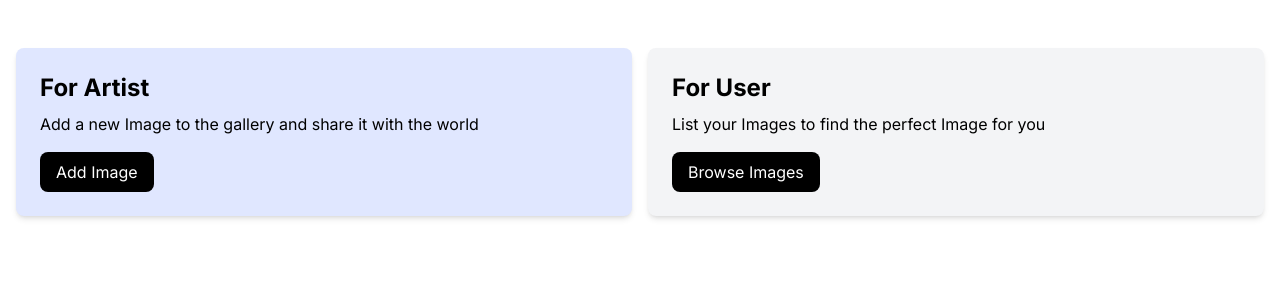
Repository: aobeid1979/MIRAI_V2
Page: / (app in mirai-vt/)
An editor plug-in stored every save of this project. The page is shown before and after the next save, followed by the edit.
The browser window is 1280 px wide. The pictures show the part of the page from y = 434 to 1172 px (the page is 720 px tall before and 1172 px after).
The project was rebuilt for these pictures with package versions that can differ from the ones it lists, and the page was loaded fresh each time. The framework's server and built-in components were replaced by stand-ins that run in the browser. Also part of the build but not shown: mirai-vt/next.config.mjs.

Above is the page before, as saved 2024-05-13 11:54:06.

### mirai-vt/src/app/page.jsx
import Navbar from '@/components/Navbar';
import Member from '@/components/Member';
import CardHome from '@/components/CardHome';

export default function Home() {
  return (
    <>
      <Navbar />
      <Member isNewMember={false} />
      <CardHome />
    </>
  );
}

### mirai-vt/src/app/globals.css
@tailwind base;
@tailwind components;
@tailwind utilities;

  /* Path: src/app/globals.css
:root {
  --foreground-rgb: 0, 0, 0;
  --background-start-rgb: 214, 219, 220;
  --background-end-rgb: 255, 255, 255;
}

@media (prefers-color-scheme: dark) {
  :root {
    --foreground-rgb: 255, 255, 255;
    --background-start-rgb: 0, 0, 0;
    --background-end-rgb: 0, 0, 0;
  }
}

body {
  color: rgb(var(--foreground-rgb));
  background: linear-gradient(
      to bottom,
      transparent,
      rgb(var(--background-end-rgb))
    )
    rgb(var(--background-start-rgb));
}

@layer utilities {
  .text-balance {
    text-wrap: balance;
  }
}
*/

### mirai-vt/src/components/Navbar.jsx
'use client';
import React, { useState } from 'react';
import Link from 'next/link';

const Navbar = () => {
  const [isOpen, setIsOpen] = useState(false);

  return (
    <nav className="bg-black border-b border-indigo-500">
      <div className="mx-auto max-w-7xl px-2 sm:px-6 lg:px-8">
        <div className="flex h-20 items-center justify-between">
          <div className="md:hidden">
            <button
              onClick={() => setIsOpen(!isOpen)}
              className="block text-white"
            >
              <svg
                className="h-6 w-6 fill-current"
                xmlns="http://www.w3.org/2000/svg"
                fill="none"
                viewBox="0 0 24 24"
                stroke="currentColor"
              >
                <path
                  strokeLinecap="round"
                  strokeLinejoin="round"
                  strokeWidth={2}
                  d={
                    isOpen ? 'M6 18L18 6M6 6l12 12' : 'M4 6h16M4 12h16M4 18h16'
                  }
                />
              </svg>
            </button>
          </div>
          <div className="hidden md:flex flex-1 items-center justify-center md:items-stretch md:justify-start">
            <Link href="/">
              <div className="flex-shrink-0 flex items-center cursor-pointer">
                <img
                  className="h-10 w-auto"
                  src="/images/miraiLogo.png"
                  alt="Mirai app logo"
                />
                <span className="text-white font-bold ml-2 text-xl md:text-2xl lg:text-2xl xl:text-2xl">
                  Mirai React app
                </span>
              </div>
            </Link>
            <div className="flex space-x-2 ml-4">
              <Link href="/">
                <div className="text-white hover:text-purple-500  rounded-md px-3 py-2 cursor-pointer">
                  Home
                </div>
              </Link>
              <Link href="/">
                <div className="text-white hover:text-purple-500  rounded-md px-3 py-2 cursor-pointer">
                  About
                </div>
              </Link>
              <Link href="/search">
                <div className="text-white hover:text-purple-500  rounded-md px-3 py-2 cursor-pointer">
                  Search
                </div>
              </Link>
            </div>
          </div>
        </div>
        {isOpen && (
          <div
            className="md:hidden lg:w-64 md:w-48 sm:w-36 w-24 absolute top-0 right-0 h-full

            bg-opacity-1"
          >
            <div className="flex flex-col">
              <Link href="/">
                <div className="text-white px-2 py-4 hover:text-purple-500 cursor-pointer">
                  Home
                </div>
              </Link>
              <Link href="/search">
                <div className="text-white px-2 py-4 hover:text-purple-500 cursor-pointer">
                  About
                </div>
              </Link>
              <Link href="/search">
                <div className="text-white px-2 py-4 hover:text-purple-500 cursor-pointer">
                  Search
                </div>
              </Link>
              <Link href="/login">
                <div className="text-white px-2 py-4 hover:text-purple-500 cursor-pointer">
                  Login
                </div>
              </Link>
              <Link href="/signup">
                <div className="text-white px-2 py-4 hover:text-purple-500 cursor-pointer">
                  Sign Up
                </div>
              </Link>
            </div>
          </div>
        )}
      </div>
    </nav>
  );
};

export default Navbar;

### mirai-vt/src/components/Member.jsx
import React from 'react';
import dji1Image from '../../public/images/dji1.jpg';

const Member = ({
  isNewMember,
  title = 'Welcome to MIRAI',
  subtitle = 'Log In or Sign in to enjoy',
}) => {
  return (
    <section
      className="bg-black border-b border-indigo-500 py-20 mb-4"
      style={{
        backgroundImage: `url(${dji1Image.src})`,
        backgroundPosition: 'center',
        backgroundRepeat: 'no-repeat',
        backgroundSize: 'cover',
      }}
    >
      <div className="max-w-7xl mx-auto px-4 sm:px-6 lg:px-8 flex flex-col items-center">
        <div className="text-center">
          <h1 className="text-4xl font-extrabold text-white sm:text-5xl md:text-6xl">
            {title}
          </h1>
          <p className="my-4 text-xl text-white">{subtitle}</p>
        </div>
      </div>
      <div className="flex justify-center mt-8">
        <button className=" hover:text-black text-white font-bold py-2 px-4 rounded">
          {isNewMember ? 'Join Now' : 'Log In'}
        </button>
      </div>
    </section>
  );
};

export default Member;

### mirai-vt/src/components/CardHome.jsx
import React from 'react';
import Card from './Card';

const ImageHome = () => {
  return (
    <section className="py-4">
      <div className="container-xl lg:container m-auto">
        <div className="grid grid-cols-1 md:grid-cols-2 gap-4 p-4 rounded-lg">
          <Card bg="bg-indigo-100">
            <h2 className="text-2xl font-bold">For Artist</h2>
            <p className="mt-2 mb-4">
              Add a new Image to the gallery and share it with the world
            </p>
            <a
              href="/jobs.html"
              className="inline-block bg-black text-white rounded-lg px-4 py-2 hover:bg-gray-700"
            >
              Add Image
            </a>
          </Card>
          <Card>
            <h2 className="text-2xl font-bold">For User</h2>
            <p className="mt-2 mb-4">
              List your Images to find the perfect Image for you
            </p>
            <a
              href="/add-job.html"
              className="inline-block bg-black text-white rounded-lg px-4 py-2 hover:bg-indigo-600"
            >
              Browse Images
            </a>
          </Card>
        </div>
      </div>
    </section>
  );
};

export default ImageHome;

### mirai-vt/src/components/Card.jsx
import React from 'react';

const Card = ({ children, bg = 'bg-gray-100' }) => {
  return <div className={`${bg} p-6 rounded-lg shadow-md`}>{children}</div>;
};

export default Card;

### mirai-vt/src/components/ImagesList.jsx
import React from 'react';

const ImagesList = () => {
  return (
    <div>
      <section class="bg-blue-50 px-4 py-10">
        <div class="container-xl lg:container m-auto">
          <h2 class="text-3xl font-bold text-indigo-500 mb-6 text-center">
            Browse Jobs
          </h2>
          <div class="grid grid-cols-1 md:grid-cols-3 gap-6">
            {/* <!-- Job Listing 1 --> */}
            <div class="bg-white rounded-xl shadow-md relative">
              <div class="p-4">
                <div class="mb-6">
                  <div class="text-gray-600 my-2">Full-Time</div>
                  <h3 class="text-xl font-bold">Senior React Developer</h3>
                </div>

                <div class="mb-5">
                  We are seeking a talented Front-End Developer to join our team
                  in Boston, MA. The ideal candidate will have strong skills in
                  HTML, CSS, and JavaScript...
                </div>

                <h3 class="text-indigo-500 mb-2">$70 - $80K / Year</h3>

                <div class="border border-gray-100 mb-5"></div>

                <div class="flex flex-col lg:flex-row justify-between mb-4">
                  <div class="text-orange-700 mb-3">
                    <i class="fa-solid fa-location-dot text-lg"></i>
                    Boston, MA
                  </div>
                  <a
                    href="job.html"
                    class="h-[36px] bg-indigo-500 hover:bg-indigo-600 text-white px-4 py-2 rounded-lg text-center text-sm"
                  >
                    Read More
                  </a>
                </div>
              </div>
            </div>
            {/* <!-- Job Listing 2 --> */}{' '}
            <div class="bg-white rounded-xl shadow-md relative">
              <div class="p-4">
                <div class="mb-6">
                  <div class="text-gray-600 my-2">Remote</div>
                  <h3 class="text-xl font-bold">Front-End Engineer (React)</h3>
                </div>

                <div class="mb-5">
                  Join our team as a Front-End Developer in sunny Miami, FL. We
                  are looking for a motivated individual with a passion...
                </div>

                <h3 class="text-indigo-500 mb-2">$70K - $80K / Year</h3>

                <div class="border border-gray-100 mb-5"></div>

                <div class="flex flex-col lg:flex-row justify-between mb-4">
                  <div class="text-orange-700 mb-3">
                    <i class="fa-solid fa-location-dot text-lg"></i>
                    Miami, FL
                  </div>
                  <a
                    href="job.html"
                    class="h-[36px] bg-indigo-500 hover:bg-indigo-600 text-white px-4 py-2 rounded-lg text-center text-sm"
                  >
                    Read More
                  </a>
                </div>
              </div>
            </div>
            {/* <!-- Job Listing 3 --> */}
            <div class="bg-white rounded-xl shadow-md relative">
              <div class="p-4">
                <div class="mb-6">
                  <div class="text-gray-600 my-2">Remote</div>
                  <h3 class="text-xl font-bold">React.js Developer</h3>
                </div>

                <div class="mb-5">
                  Are you passionate about front-end development? Join our team
                  in vibrant Brooklyn, NY, and work on exciting projects that
                  make a difference...
                </div>

                <h3 class="text-indigo-500 mb-2">$70K - $80K / Year</h3>

                <div class="border border-gray-100 mb-5"></div>

                <div class="flex flex-col lg:flex-row justify-between mb-4">
                  <div class="text-orange-700 mb-3">
                    <i class="fa-solid fa-location-dot text-lg"></i>
                    Brooklyn, NY
                  </div>
                  <a
                    href="job.html"
                    class="h-[36px] bg-indigo-500 hover:bg-indigo-600 text-white px-4 py-2 rounded-lg text-center text-sm"
                  >
                    Read More
                  </a>
                </div>
              </div>
            </div>
          </div>
        </div>
      </section>
    </div>
  );
};

export default ImagesList;

Loaded but not shown: mirai-vt/src/app/layout.js (common file); mirai-vt/tailwind.config.js (common file)

After the next save:
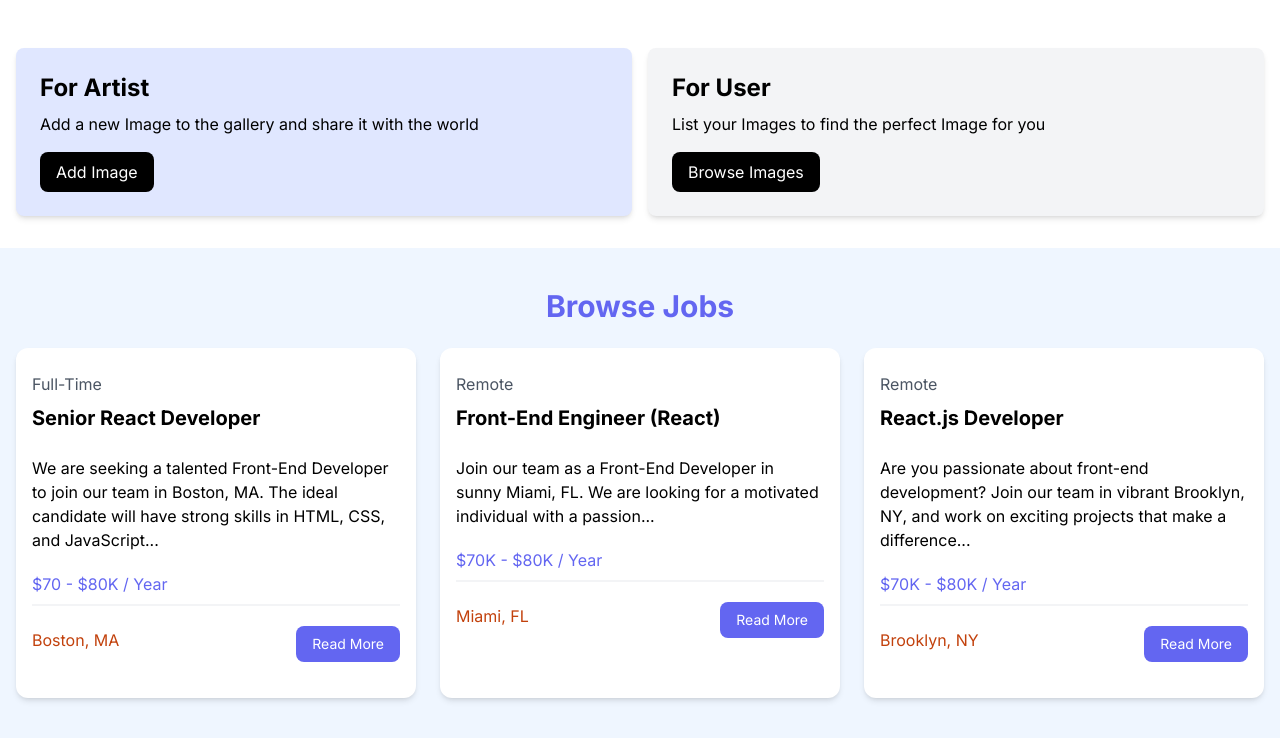
Saved 40 s later.
--- a/mirai-vt/src/app/page.jsx
+++ b/mirai-vt/src/app/page.jsx
@@ -1,6 +1,7 @@
 import Navbar from '@/components/Navbar';
 import Member from '@/components/Member';
 import CardHome from '@/components/CardHome';
+import ImagesList from '@/components/ImagesList';
 
 export default function Home() {
   return (
@@ -8,6 +9,7 @@ export default function Home() {
       <Navbar />
       <Member isNewMember={false} />
       <CardHome />
+      <ImagesList />
     </>
   );
 }
